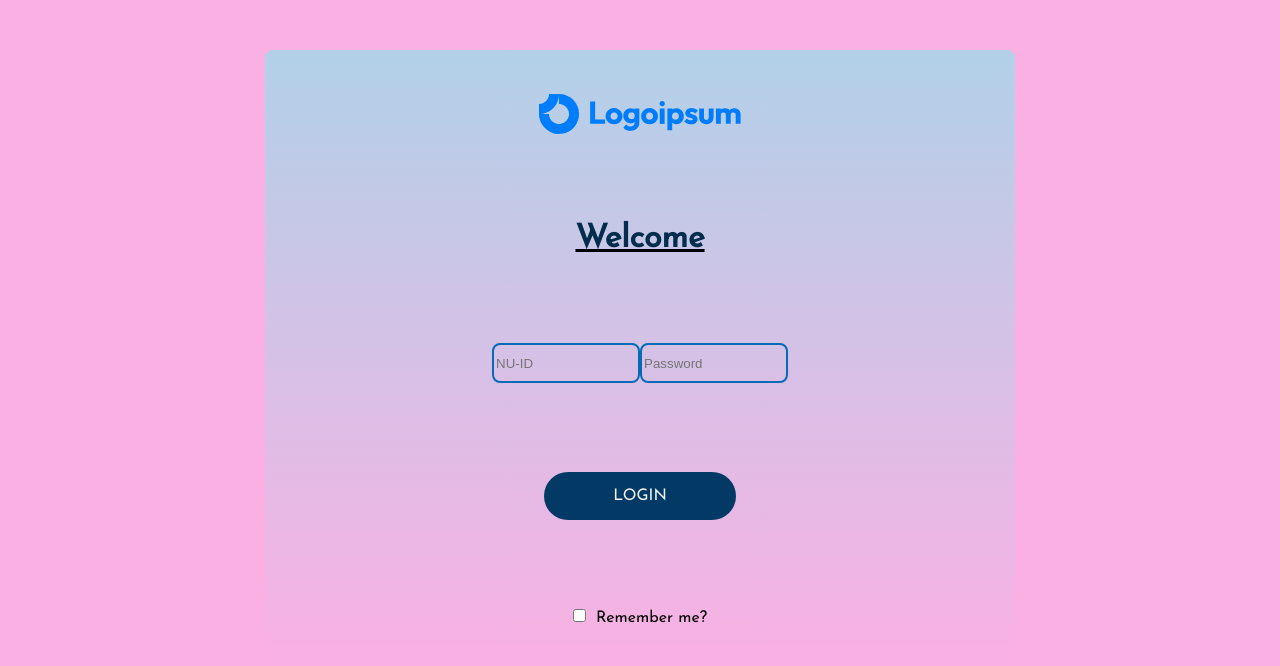
Repository: Tahaa2t/Researchers
Page: /
These files come from the project's save history. The page is drawn as it stood at one moment and after the next save; the edit follows.
The browser window is 1280 px wide. The pictures show the whole page.
The project was rebuilt for these pictures with package versions that can differ from the ones it lists, and the page was loaded fresh each time.

Above is the page before, as saved 2023-06-28 00:27:30.

### src/App.js
import "./App.css"
import LoginForm from "./Components/loginform"

function App() {
  return (
    <div className="App">
      <LoginForm />
    </div>
  );
}

export default App;

### src/Components/loginform.js
import React, { useState } from "react"
import "./css/loginstyle.css"
import logo from "./logos/logoipsum.svg"
// import Button from "react-bootstrap"

const LoginForm = () => {

  const [popupStyle, showPopup] = useState("hide");

  const popup = () => {
    showPopup("login-popup")
    setTimeout(() => showPopup("hide"), 3000)
  }

  return(
    <div className="page">
      <div className="cover">
        <img src={logo} alt="Logo Ipsum"></img>
        <span className="line">
        <h1>Welcome</h1>
        </span>
        <div className="user-input">
          <input type="text" placeholder="NU-ID"></input>
          <input type="password" placeholder="Password"></input>
        </div>
        <div className="login-btn" onClick={popup}>LOGIN</div>

        <div className="check-btn">
          <input type="checkbox"></input>
          <p>Remember me?</p>
        </div>

        <div className={popupStyle}>
          <h3>LOGIN FAILED</h3>
          <p>username or password incorrect</p>
        </div>


      </div>
    </div>
  )
}

export default LoginForm

### src/Components/css/loginstyle.css
@import url('https://fonts.googleapis.com/css?family=Josefin+Sans');


/* notes

---centering something---
display: flex;
  justify-content: center;
  align-items: center;



--- neechay ya uper se qareeb krna ho tou---
.check-btn {
  position: relative;
  bottom: 3em;
}
*/


* {
  margin: 0;
  box-sizing: border-box;
}

.page {
  background-color: rgb(250, 176, 227);
  height: 100vh;
  width: 100%;
  display: flex;
  justify-content: space-around;
  align-items: center;
  font-family: 'Josefin Sans', cursive;
}

.cover {
  background-image: linear-gradient(rgba(178, 209, 233, 1), rgba(178, 209, 233, 0));
  width: 750px;
  height: 620px;
  position: relative;
  border-radius: 0.5em;
  /* box-shadow: 0 0.188em 1.5em rgb(156, 156, 156); */
  display: flex;
  flex-direction: column;
  align-items: center;
  justify-content: space-around;
}

h1 {
  color: rgb(3, 45, 77);
}

input[type=text]{
  background-color: rgba(0,0,0,0);
  border-color: rgb(6, 106, 183);
  border-radius: 8px 8px 8px 8px;
  border-width: 10%;
  border-style: solid;
  /* outline-color: rgb(6, 106, 183); */
  height: 3em;
  width: 40%;
  /* bottom: -1.5em; */
}


input[type=password]{
  background-color: rgba(0,0,0,0);
  border-color: rgb(6, 106, 183);
  border-radius: 8px 8px 8px 8px;
  border-width: 10%;
  border-style: solid;
  /* outline-color: rgb(6, 106, 183); */
  height: 3em;
  width: 40%;
  /* position: relative;
  top: -1.5em; */
}
.line{
  text-decoration: underline;
  color: black;
}

.login-btn {
  width: 12em;
  height: 3em;
  background-color: rgb(3, 58, 101);
  color: rgb(243, 243, 243);
  display: flex;
  justify-content: center;
  align-items: center;
  transition: 0.5s;
  border: rgb(3, 58, 101);
  border-radius: 50px 50px 50px 50px;
  cursor: pointer;
}
.login-btn:hover {
  transform: scale(1.15);
}

/* .check-btn {
  position: relative;
  bottom: 2em;
} */

.check-btn input {
  display:inline-block;
  margin-right:10px;
}
.check-btn p {
  display:inline-block;
}



/* use state */
.hide {
  display: none;
}

.login-popup {
  position: absolute;
  width: 40em;
  height: 35em;
  display: flex;
  flex-direction: column;
  align-items: center;
  justify-content: center;
  border-radius: 0.25em;
  outline-color: rgb(3, 58, 101);
  background-color: rgba(0,0,0,0);
  backdrop-filter: blur(5px);
  /* color: rgb(3, 58, 101); */
  bottom: 0;
  transform: scale(1);
  transform: 1.5s;
}

Loaded but not shown: public/index.html (common file); src/index.js (common file); src/index.css (common file); src/reportWebVitals.js (common file); src/App.css (common file)

After the next save:
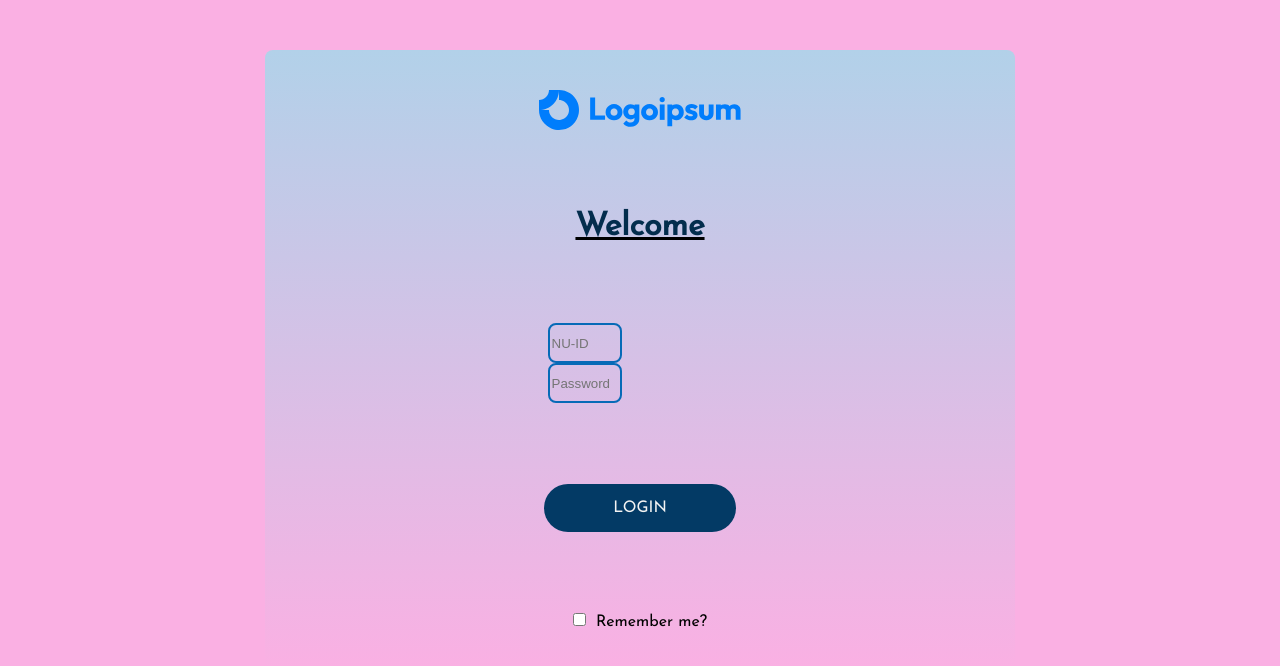
Saved 70 s later.
--- a/src/Components/css/loginstyle.css
+++ b/src/Components/css/loginstyle.css
@@ -50,6 +50,11 @@ h1 {
   color: rgb(3, 45, 77);
 }
 
+.user-input {
+  display: flex;
+  flex-direction: column;
+  justify-content: space-around;
+}
 input[type=text]{
   background-color: rgba(0,0,0,0);
   border-color: rgb(6, 106, 183);
